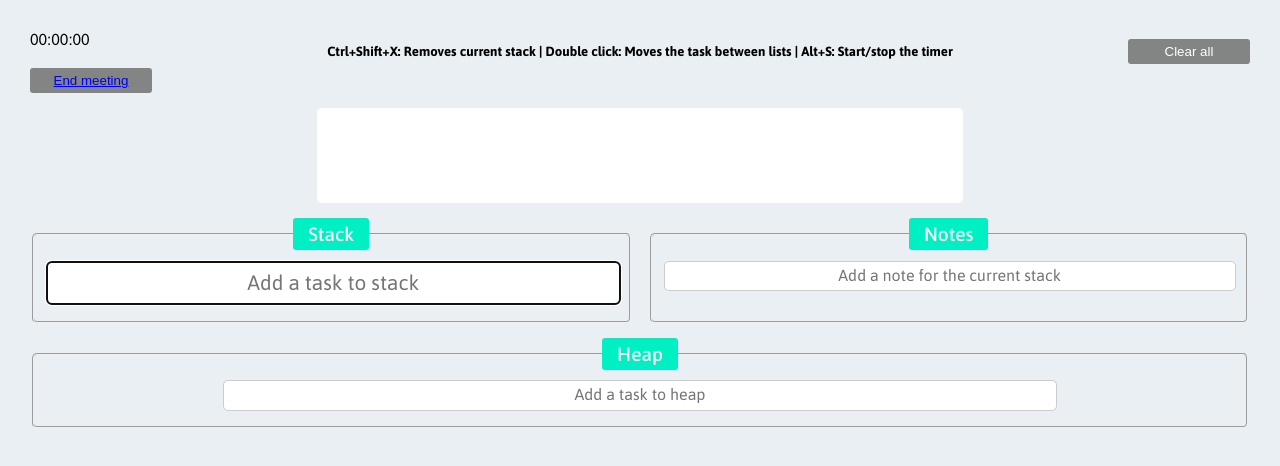
Repository: litalsh/Meeting-Managment-App
Page: /
These files come from the project's save history. The page is drawn as it stood at one moment and after the next save; the edit follows.
The browser window is 1280 px wide. The pictures show the whole page.
The project was rebuilt for these pictures with package versions that can differ from the ones it lists, and the page was loaded fresh each time. Also part of the build but not shown: src/components/Notes/Note.js, src/components/Template/Template.js, src/components/Task/Task.css, src/components/Task/Task.js.

Above is the page before, as saved 2021-01-17 13:01:00.

After the next save:
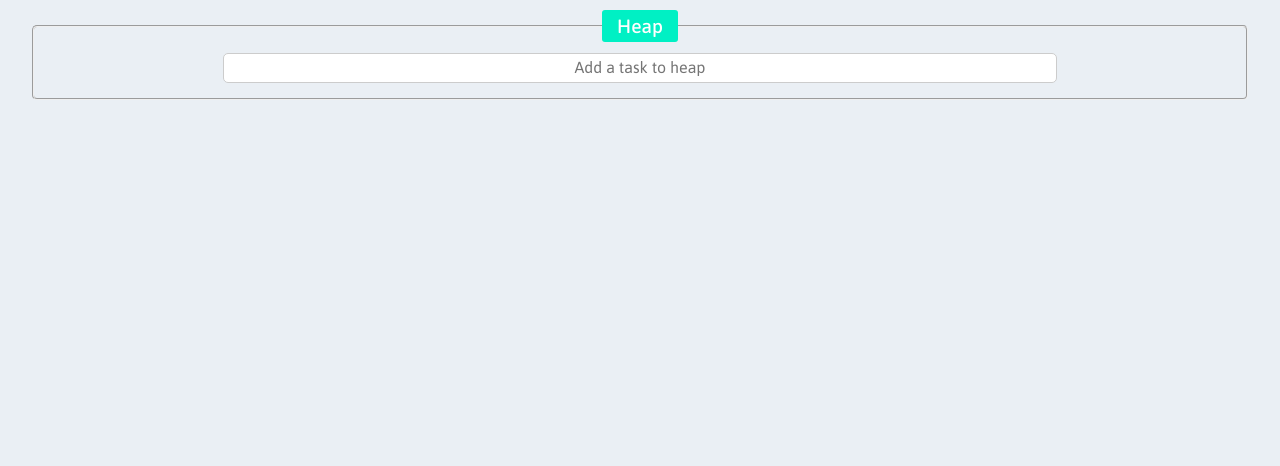
Saved 118 s later.
--- a/src/App.js
+++ b/src/App.js
@@ -17,11 +17,12 @@ function App() {
     <BrowserRouter>
     <div className="App">
       <MeetingContextProvider>
-        <Header />
+        <Route exact path='/' component={Header, CurrentTask, Stack, Notes, Heap} />
+        {/* <Header />
         <CurrentTask />
         <Stack />
         <Notes />
-        <Heap />
+        <Heap /> */}
         <Route path='/template' component={Template} />
       </MeetingContextProvider>
     </div>
